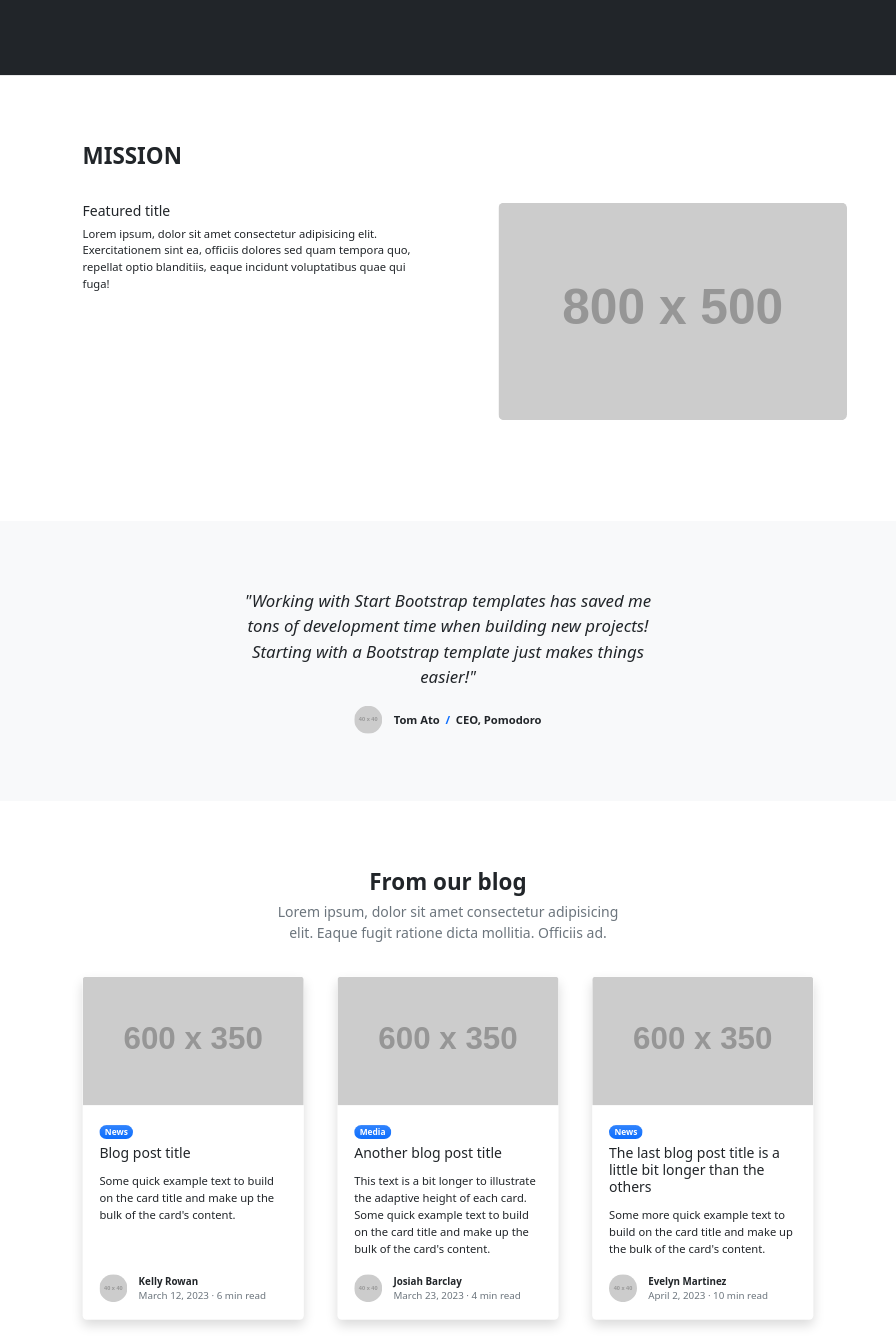
Repository: DragonFruit8/BeTheSpark
Page: index.html
These files come from the project's save history. The page is drawn as it stood at one moment and after the next save; the edit follows.
The browser window is 1280 px wide. The pictures show the part of the page from y = 375 to 2295 px (the page is 2688 px tall before and 2648 px after), at 70% of full size.

Above is the page before, as saved 2024-01-14 07:54:16.

### index.html
<!DOCTYPE html>
<html lang="en">
    <head>
        <meta charset="utf-8" />
        <meta name="viewport" content="width=device-width, initial-scale=1, shrink-to-fit=no" />
        <meta name="description" content="" />
        <meta name="author" content="" />
        <title>Modern Business - Start Bootstrap Template</title>
        <!-- Favicon-->
        <link rel="icon" type="image/x-icon" href="assets/favicon.ico" />
        <!-- Bootstrap icons-->
        <link href="https://cdn.jsdelivr.net/npm/bootstrap-icons@1.5.0/font/bootstrap-icons.css" rel="stylesheet" />
        <!-- Core theme CSS (includes Bootstrap)-->
        <link href="css/styles.css" rel="stylesheet" />
        <link href="css/home.css" rel="stylesheet" />
    </head>
    <body class="d-flex flex-column h-100">
        <main class="flex-shrink-0">
            <!-- Navigation-->
            <nav class="navbar navbar-expand-lg navbar-dark bg-dark">
                <div class="container px-5">
                    <a class="navbar-brand" href="index.html">Start Bootstrap</a>
                    <button class="navbar-toggler" type="button" data-bs-toggle="collapse" data-bs-target="#navbarSupportedContent" aria-controls="navbarSupportedContent" aria-expanded="false" aria-label="Toggle navigation"><span class="navbar-toggler-icon"></span></button>
                    <div class="collapse navbar-collapse" id="navbarSupportedContent">
                        <ul class="navbar-nav ms-auto mb-2 mb-lg-0">
                            <li class="nav-item"><a class="nav-link" href="index.html">Home</a></li>
                            <li class="nav-item"><a class="nav-link" href="about.html">About</a></li>
                            <li class="nav-item"><a class="nav-link" href="contact.html">Contact</a></li>
                            <li class="nav-item"><a class="nav-link" href="pricing.html">Pricing</a></li>
                            <li class="nav-item"><a class="nav-link" href="faq.html">FAQ</a></li>
                            <li class="nav-item dropdown">
                                <a class="nav-link dropdown-toggle" id="navbarDropdownBlog" href="#" role="button" data-bs-toggle="dropdown" aria-expanded="false">Blog</a>
                                <ul class="dropdown-menu dropdown-menu-end" aria-labelledby="navbarDropdownBlog">
                                    <li><a class="dropdown-item" href="blog-home.html">Blog Home</a></li>
                                    <li><a class="dropdown-item" href="blog-post.html">Blog Post</a></li>
                                </ul>
                            </li>
                            <li class="nav-item dropdown">
                                <a class="nav-link dropdown-toggle" id="navbarDropdownPortfolio" href="#" role="button" data-bs-toggle="dropdown" aria-expanded="false">Portfolio</a>
                                <ul class="dropdown-menu dropdown-menu-end" aria-labelledby="navbarDropdownPortfolio">
                                    <li><a class="dropdown-item" href="portfolio-overview.html">Portfolio Overview</a></li>
                                    <li><a class="dropdown-item" href="portfolio-item.html">Portfolio Item</a></li>
                                </ul>
                            </li>
                        </ul>
                    </div>
                </div>
            </nav>
            <!-- Header-->
            <header class="bg-dark py-5">
                <div class="container px-5">
                    <div class="row gx-5 align-items-center justify-content-center">
                        <div class="col-lg-8 col-xl-10 col-xxl-12">
                            <div class="my-5 text-center text-xl-start">
                                <h1 class="display-5 fw-bolder text-white mb-2">Be The Spark</h1>
                                <p class="lead fw-normal text-white-50 mb-4">Ignite Change in the World</p>
                                <div id="CTA" class="d-grid gap-3 d-sm-flex justify-content-sm-center justify-content-xl-start">
                                    <a id="introCard" class="btn btn-primary btn-lg px-4 me-sm-3" href="#features">Our Movement</a>
                                    <a id="introCard" class="btn btn-outline-light btn-lg px-4" href="#!">Monthly Zoom Calls</a>
                                    <a id="introCard" class="btn btn-primary btn-lg px-4 me-sm-3" href="#features">Get Involved </a>
                                </div>
                            </div>
                        </div>
                        <!-- <div class="col-xl-5 col-xxl-6 d-none d-xl-block text-center"><img class="img-fluid rounded-3 my-5" src="https://dummyimage.com/600x400/343a40/6c757d" alt="..." /></div> -->
                    </div>
                </div>
            </header>
            <!-- Features section-->
            <section class="py-5" id="features">
                <div class="container px-5 my-5">
                    <div class="row gx-5">
                        <div class="col-lg-4 mb-5 mb-lg-0"><h2 class="fw-bolder mb-5">MISSION</h2></div>
                        <div class="row-lg-8">
                            <div class="row gx-5 row-cols-1 row-cols-md-2">
                                <div class="col mb-5 h-100">
                                    <!-- <div class="feature bg-primary bg-gradient text-white rounded-3 mb-3">
                                        <i class="bi bi-collection"></i>
                                    </div> -->
                                    <h2 class="h5">Featured title</h2>
                                    <p class="mb-0">Lorem ipsum, dolor sit amet consectetur adipisicing elit. Exercitationem sint ea, officiis dolores sed quam tempora quo, repellat optio blanditiis, eaque incidunt voluptatibus quae qui fuga!</p>
                                </div>
                                <!-- Photo on the right side -->
                                <div class="col mb-5 h-50 w-50">
                                    <img class="img-fluid rounded-3 mx-5" src="https://dummyimage.com/800x500/343a40/6c757d" alt="..." />

                                <!-- <div class="col mb-5 h-100">
                                    <div class="feature bg-primary bg-gradient text-white rounded-3 mb-3"><i class="bi bi-building"></i></div>
                                    <h2 class="h5">Featured title</h2>
                                    <p class="mb-0">Paragraph of text beneath the heading to explain the heading. Here is just a bit more text.</p>
                                </div>
                                <div class="col mb-5 mb-md-0 h-100">
                                    <div class="feature bg-primary bg-gradient text-white rounded-3 mb-3"><i class="bi bi-toggles2"></i></div>
                                    <h2 class="h5">Featured title</h2>
                                    <p class="mb-0">Paragraph of text beneath the heading to explain the heading. Here is just a bit more text.</p>
                                </div>
                                <div class="col h-100">
                                    <div class="feature bg-primary bg-gradient text-white rounded-3 mb-3"><i class="bi bi-toggles2"></i></div>
                                    <h2 class="h5">Featured title</h2>
                                    <p class="mb-0">Paragraph of text beneath the heading to explain the heading. Here is just a bit more text.</p>
                                </div> -->
                            </div>
                        </div>
                    </div>
                </div>
            </section>
            <!-- Testimonial section-->
            <div class="py-5 bg-light">
                <div class="container px-5 my-5">
                    <div class="row gx-5 justify-content-center">
                        <div class="col-lg-10 col-xl-7">
                            <div class="text-center">
                                <div class="fs-4 mb-4 fst-italic">"Working with Start Bootstrap templates has saved me tons of development time when building new projects! Starting with a Bootstrap template just makes things easier!"</div>
                                <div class="d-flex align-items-center justify-content-center">
                                    <img class="rounded-circle me-3" src="https://dummyimage.com/40x40/ced4da/6c757d" alt="..." />
                                    <div class="fw-bold">
                                        Tom Ato
                                        <span class="fw-bold text-primary mx-1">/</span>
                                        CEO, Pomodoro
                                    </div>
                                </div>
                            </div>
                        </div>
                    </div>
                </div>
            </div>
            <!-- Blog preview section-->
            <section class="py-5">
                <div class="container px-5 my-5">
                    <div class="row gx-5 justify-content-center">
                        <div class="col-lg-8 col-xl-6">
                            <div class="text-center">
                                <h2 class="fw-bolder">From our blog</h2>
                                <p class="lead fw-normal text-muted mb-5">Lorem ipsum, dolor sit amet consectetur adipisicing elit. Eaque fugit ratione dicta mollitia. Officiis ad.</p>
                            </div>
                        </div>
                    </div>
                    <div class="row gx-5">
                        <div class="col-lg-4 mb-5">
                            <div class="card h-100 shadow border-0">
                                <img class="card-img-top" src="https://dummyimage.com/600x350/ced4da/6c757d" alt="..." />
                                <div class="card-body p-4">
                                    <div class="badge bg-primary bg-gradient rounded-pill mb-2">News</div>
                                    <a class="text-decoration-none link-dark stretched-link" href="#!"><h5 class="card-title mb-3">Blog post title</h5></a>
                                    <p class="card-text mb-0">Some quick example text to build on the card title and make up the bulk of the card's content.</p>
                                </div>
                                <div class="card-footer p-4 pt-0 bg-transparent border-top-0">
                                    <div class="d-flex align-items-end justify-content-between">
                                        <div class="d-flex align-items-center">
                                            <img class="rounded-circle me-3" src="https://dummyimage.com/40x40/ced4da/6c757d" alt="..." />
                                            <div class="small">
                                                <div class="fw-bold">Kelly Rowan</div>
                                                <div class="text-muted">March 12, 2023 &middot; 6 min read</div>
                                            </div>
                                        </div>
                                    </div>
                                </div>
                            </div>
                        </div>
                        <div class="col-lg-4 mb-5">
                            <div class="card h-100 shadow border-0">
                                <img class="card-img-top" src="https://dummyimage.com/600x350/adb5bd/495057" alt="..." />
                                <div class="card-body p-4">
                                    <div class="badge bg-primary bg-gradient rounded-pill mb-2">Media</div>
                                    <a class="text-decoration-none link-dark stretched-link" href="#!"><h5 class="card-title mb-3">Another blog post title</h5></a>
                                    <p class="card-text mb-0">This text is a bit longer to illustrate the adaptive height of each card. Some quick example text to build on the card title and make up the bulk of the card's content.</p>
                                </div>
                                <div class="card-footer p-4 pt-0 bg-transparent border-top-0">
                                    <div class="d-flex align-items-end justify-content-between">
                                        <div class="d-flex align-items-center">
                                            <img class="rounded-circle me-3" src="https://dummyimage.com/40x40/ced4da/6c757d" alt="..." />
                                            <div class="small">
                                                <div class="fw-bold">Josiah Barclay</div>
                                                <div class="text-muted">March 23, 2023 &middot; 4 min read</div>
                                            </div>
                                        </div>
                                    </div>
                                </div>
                            </div>
                        </div>
                        <div class="col-lg-4 mb-5">
                            <div class="card h-100 shadow border-0">
                                <img class="card-img-top" src="https://dummyimage.com/600x350/6c757d/343a40" alt="..." />
                                <div class="card-body p-4">
                                    <div class="badge bg-primary bg-gradient rounded-pill mb-2">News</div>
                                    <a class="text-decoration-none link-dark stretched-link" href="#!"><h5 class="card-title mb-3">The last blog post title is a little bit longer than the others</h5></a>
                                    <p class="card-text mb-0">Some more quick example text to build on the card title and make up the bulk of the card's content.</p>
                                </div>
                                <div class="card-footer p-4 pt-0 bg-transparent border-top-0">
                                    <div class="d-flex align-items-end justify-content-between">
                                        <div class="d-flex align-items-center">
                                            <img class="rounded-circle me-3" src="https://dummyimage.com/40x40/ced4da/6c757d" alt="..." />
                                            <div class="small">
                                                <div class="fw-bold">Evelyn Martinez</div>
                                                <div class="text-muted">April 2, 2023 &middot; 10 min read</div>
                                            </div>
                                        </div>
                                    </div>
                                </div>
                            </div>
                        </div>
                    </div>
                    <!-- Call to action-->
                    <aside class="bg-primary bg-gradient rounded-3 p-4 p-sm-5 mt-5">
                        <div class="d-flex align-items-center justify-content-between flex-column flex-xl-row text-center text-xl-start">
                            <div class="mb-4 mb-xl-0">
                                <div class="fs-3 fw-bold text-white">New products, delivered to you.</div>
                                <div class="text-white-50">Sign up for our newsletter for the latest updates.</div>
                            </div>
                            <div class="ms-xl-4">
                                <div class="input-group mb-2">
                                    <input class="form-control" type="text" placeholder="Email address..." aria-label="Email address..." aria-describedby="button-newsletter" />
                                    <button class="btn btn-outline-light" id="button-newsletter" type="button">Sign up</button>
                                </div>
                                <div class="small text-white-50">We care about privacy, and will never share your data.</div>
                            </div>
                        </div>
                    </aside>
                </div>
            </section>
        </main>
        <!-- Footer-->
        <footer class="bg-dark py-4 mt-auto">
            <div class="container px-5">
                <div class="row align-items-center justify-content-between flex-column flex-sm-row">
                    <div class="col-auto"><div class="small m-0 text-white">Copyright &copy; Your Website 2023</div></div>
                    <div class="col-auto">
                        <a class="link-light small" href="#!">Privacy</a>
                        <span class="text-white mx-1">&middot;</span>
                        <a class="link-light small" href="#!">Terms</a>
                        <span class="text-white mx-1">&middot;</span>
                        <a class="link-light small" href="#!">Contact</a>
                    </div>
                </div>
            </div>
        </footer>
        <!-- Bootstrap core JS-->
        <script src="https://cdn.jsdelivr.net/npm/bootstrap@5.2.3/dist/js/bootstrap.bundle.min.js"></script>
        <!-- Core theme JS-->
        <script src="js/scripts.js"></script>
    </body>
</html>

### css/home.css

#CTA{
    justify-content: center;
}
#CTA a{
    display: flex;
    max-height: 600px;
    max-width: 300px;
    padding: 20px;
    margin-top: 20px;
    margin-bottom: 20px;
    border-radius: 5px;
}

#CTA #introCard{
    display: flex;
    flex-direction: column;
    justify-content: center;
    align-items: center;
    /* height: 200px; */
    margin-top: 20px;
    margin-bottom: 20px;
    padding: 20px;
    border-radius: 5px;
}

@media (min-width: 1080px) {
    #CTA > a{
        display: inline-flex;
        flex-direction: row;
        min-height:75px !important;
        min-width: 200px !important;
        padding: 20px;
        justify-content: center;
        border-radius: 5px;
    }

}

@media (max-width: 1080px) and (min-width: 648px) {
    #CTA a{
        display: inline-flex;
        flex-direction: row;
        max-height: 100px !important;
        max-width: fit-content !important;
        min-width: 250px !important;
        text-align: center;
        justify-content: center;
        border-radius: 5px;
    }
    #CTA {
        display: flex;
        flex-direction: column;
        flex-wrap: nowrap;
        justify-content: center;
        align-items: center;

    }
}

@media (min-width: 1080px) {
    #CTA a{
        display: inline-flex;
        flex-direction: row;
        max-height: 100px !important;
        max-width: fit-content !important;
        min-width: 250px !important;
        text-align: center;
        justify-content: center;
        border-radius: 5px;
    }
}

Loaded but not shown: css/styles.css (library); js/scripts.js (common file)

After the next save:
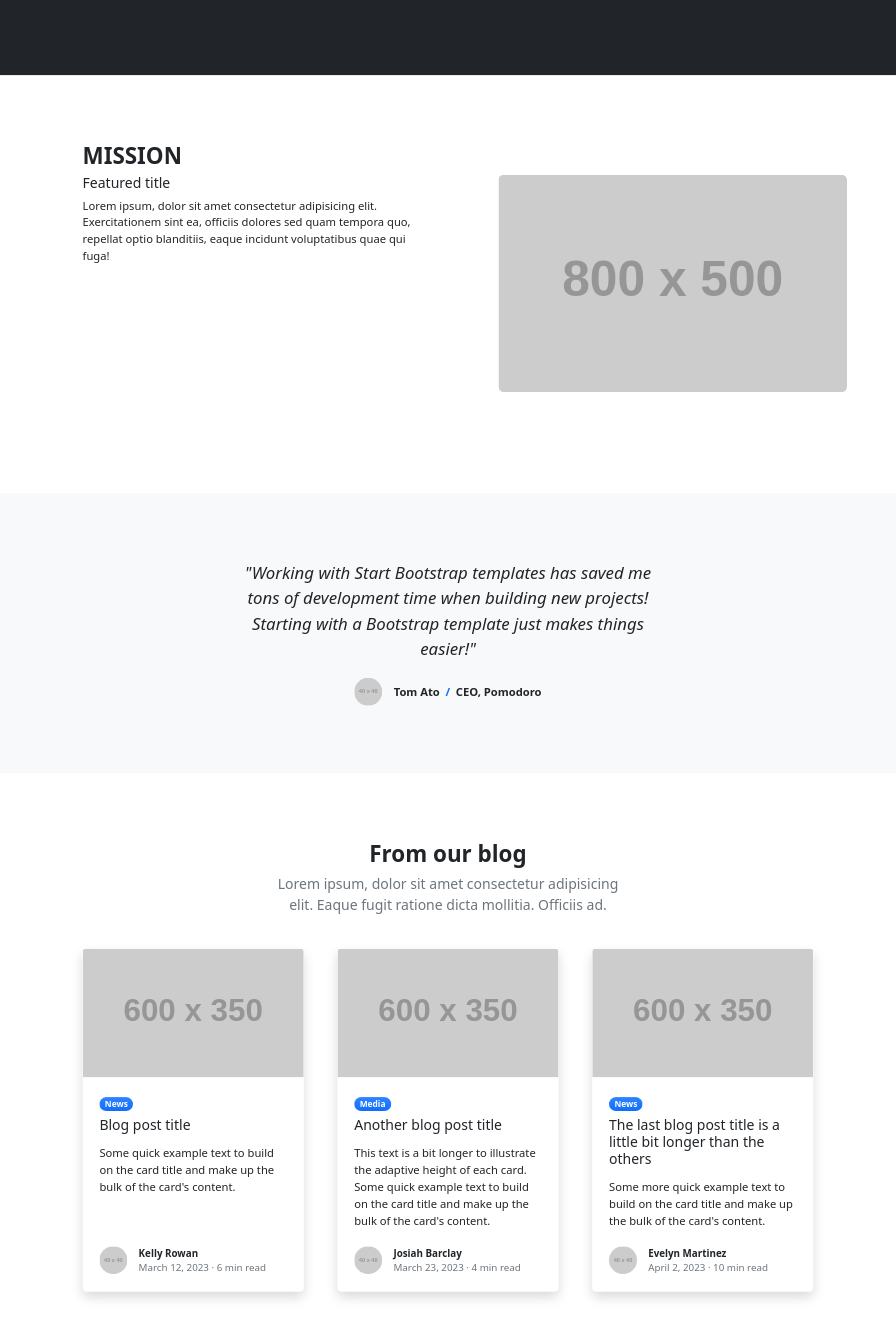
Saved 24 s later.
--- a/index.html
+++ b/index.html
@@ -69,7 +69,7 @@
             <section class="py-5" id="features">
                 <div class="container px-5 my-5">
                     <div class="row gx-5">
-                        <div class="col-lg-4 mb-5 mb-lg-0"><h2 class="fw-bolder mb-5">MISSION</h2></div>
+                        <div class="col-lg-4 mb-5 mb-lg-0"><h2 class="fw-bolder mb-2">MISSION</h2></div>
                         <div class="row-lg-8">
                             <div class="row gx-5 row-cols-1 row-cols-md-2">
                                 <div class="col mb-5 h-100">
